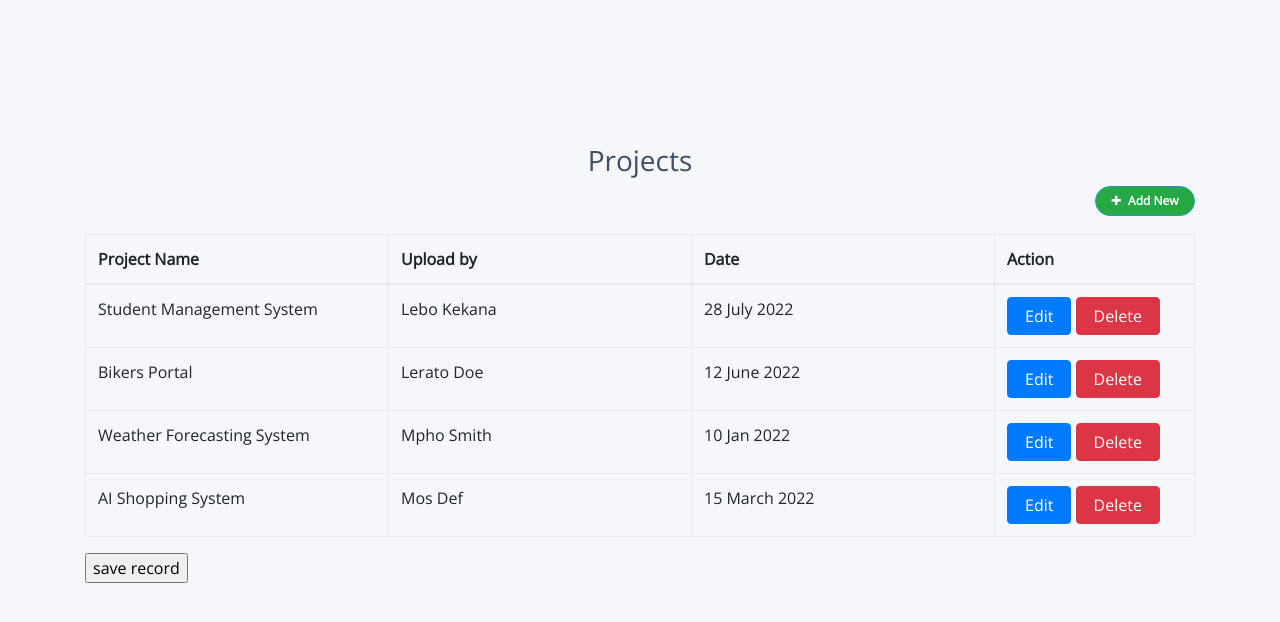
Repository: nkululeko-ndovela/Django_App
Page: Project/templates/index.html
An editor plug-in stored every save of this project. The page is shown before and after a run of saves, followed by the edit.
The browser window is 1280 px wide. The pictures show the whole page.
Some web fonts or font styles are not loaded; a fallback is used. The template is drawn by Django 3.2. The application's start-up code is not run. Other server files are loaded and not shown. The template is opened directly, without the code that normally fills it, so the values that code supplies are empty.

Above is the page before, as saved 2021-10-20 09:00:40.

### Project/templates/index.html
<!DOCTYPE html>
<html lang="en">
<head>
<meta charset="utf-8">
<meta name="viewport" content="width=device-width, initial-scale=1, shrink-to-fit=no">
<title>Projects</title>
<link rel="stylesheet" href="https://fonts.googleapis.com/css?family=Roboto|Varela+Round|Open+Sans">
<link rel="stylesheet" href="https://stackpath.bootstrapcdn.com/bootstrap/4.5.0/css/bootstrap.min.css">
<link rel="stylesheet" href="https://fonts.googleapis.com/icon?family=Material+Icons">
<link rel="stylesheet" href="https://maxcdn.bootstrapcdn.com/font-awesome/4.7.0/css/font-awesome.min.css">
<script src="https://code.jquery.com/jquery-3.5.1.min.js"></script>
<script src="https://cdn.jsdelivr.net/npm/popper.js@1.16.0/dist/umd/popper.min.js"></script>
<script src="https://stackpath.bootstrapcdn.com/bootstrap/4.5.0/js/bootstrap.min.js"></script>
<style>
body {
    color: #404E67;
    background: #F5F7FA;
    font-family: 'Open Sans', sans-serif;
}
h3 {
    text-align: center;
}

.table-title {
    padding-bottom: 10px;
    margin: 0 0 10px;
}
.table-title h2 {
    margin: 6px 0 0;
    font-size: 22px;
}
.table-title .add-new {
    float: right;
    height: 30px;
    font-weight: bold;
    font-size: 12px;
    text-shadow: none;
    min-width: 100px;
    border-radius: 50px;
    line-height: 13px;
}
.table-title .add-new i {
    margin-right: 4px;
}
table.table {
    table-layout: fixed;
}
table.table tr th, table.table tr td {
    border-color: #e9e9e9;
}
table.table th i {
    font-size: 13px;
    margin: 0 5px;
    cursor: pointer;
}
table.table th:last-child {
    width: 200px;
}
table.table td a {
    cursor: pointer;
    display: inline-block;
    margin: 0 5px;
    min-width: 16px;
}
table.table td a.add {
    color: #00ff73;
}
table.table td a.edit {
    color: #ffffff;
}
table.table td a.delete {
    color: #ffffff;
}
table.table td i {
    font-size: 16px;
}
table.table td a.add i {
    font-size: 24px;
    margin-right: -1px;
    position: relative;
    top: 3px;
}
table.table .form-control {
    height: 32px;
    line-height: 32px;
    box-shadow: none;
    border-radius: 2px;
}
table.table .form-control.error {
    border-color: #f50000;
}
table.table td .add {
    display: none;
}
</style>
<script>
$(document).ready(function(){
	$('[data-toggle="tooltip"]').tooltip();
	var actions = $("table td:last-child").html();

    $(".add-new").click(function(){
		$(this).attr("disabled", "disabled");
		var index = $("table tbody tr:last-child").index();
        var row = '<tr>' +
            '<td><input type="text" class="form-control" name="Project_Name" id="Project_Name"></td>' +
            '<td><input type="text" class="form-control" name="Upload_By" id="Upload_By"></td>' +
            '<td><input type="text" class="form-control" name="dated" id="dated"></td>' +
			'<td>' + actions + '</td>' +
        '</tr>';
    	$("table").append(row);
		$("table tbody tr").eq(index + 1).find(".add, .edit").toggle();
        $('[data-toggle="tooltip"]').tooltip();
    });
	$(document).on("click", ".add", function(){
		var empty = false;
		var input = $(this).parents("tr").find('input[type="text"]');
        input.each(function(){
			if(!$(this).val()){
				$(this).addClass("error");
				empty = true;
			} else{
                $(this).removeClass("error");
            }
		});
		$(this).parents("tr").find(".error").first().focus();
		if(!empty){
			input.each(function(){
				$(this).parent("td").html($(this).val());
			});
			$(this).parents("tr").find(".add, .edit").toggle();
			$(".add-new").removeAttr("disabled");
		}
    });

	$(document).on("click", ".edit", function(){
        $(this).parents("tr").find("td:not(:last-child)").each(function(){
			$(this).html('<input type="text" class="form-control" value="' + $(this).text() + '">');
		});
		$(this).parents("tr").find(".add, .edit").toggle();
		$(".add-new").attr("disabled", "disabled");
    });

	$(document).on("click", ".delete", function(){
        $(this).parents("tr").remove();
		$(".add-new").removeAttr("disabled");
    });
});
</script>
</head>
<body><br><br><br><br><br><br>
    <h3>Projects</h3>
<div class="container-lg">
    <div class="table-responsive">
            <div class="table-title">
                <div class="row">

                    <div class="col-sm-12">
                        <button type="button" class="btn btn-info add-new bg-success"><i class="fa fa-plus"></i> Add New</button>
                    </div><br><br>

            </div>

            <table class="table table-bordered">
                {% csrf_token %}
                <thead>
                    <tr>
                        <th>Project Name</th>
                        <th>Upload by</th>
                        <th>Date</th>
                        <th>Action</th>
                    </tr>
                </thead>
                <tbody>
                    <tr>
                        <td>Student Management System</td>
                        <td>Lebo Kekana</td>
                        <td>28 July 2022</td>
                        <td>
                            <a class="add" title="Add" data-toggle="tooltip">Add</a>
                            <button type="button" class="btn btn-primary"><a class="edit" title="Edit" data-toggle="tooltip">Edit</a></button>

                            <button type="button" class="btn btn-danger"><a class="delete" title="Delete" data-toggle="tooltip">Delete</a></button>
                        </td>
                    </tr>
                    <tr>
                        <td>Bikers Portal</td>
                        <td>Lerato Doe</td>
                        <td>12 June 2022</td>
                        <td>
                            <a class="add" title="Add" data-toggle="tooltip">Add</a>
                            <button type="button" class="btn btn-primary"><a class="edit" title="Edit" data-toggle="tooltip">Edit</a></button>

                            <button type="button" class="btn btn-danger"><a class="delete" title="Delete" data-toggle="tooltip">Delete</a></button>
                        </td>
                    </tr>
                    <tr>
                        <td>Weather Forecasting System</td>
                        <td>Mpho Smith</td>
                        <td>10 Jan 2022</td>
                        <td>
                            <a class="add" title="Add" data-toggle="tooltip">Add</a>
                            <button type="button" class="btn btn-primary"><a class="edit" title="Edit" data-toggle="tooltip">Edit</a></button>

                            <button type="button" class="btn btn-danger"><a class="delete" title="Delete" data-toggle="tooltip">Delete</a></button>
                        </td>
                    </tr>
                    <tr>
                        <td>AI Shopping System</td>
                        <td>Mos Def</td>
                        <td>15 March 2022</td>
                        <td>

                    <a class="add" title="Add" data-toggle="tooltip">Add</a>
                     <button type="button" class="btn btn-primary"><a class="edit" title="Edit" data-toggle="tooltip">Edit</a></button>
                      <button type="button" class="btn btn-danger"><a class="delete" title="Delete" data-toggle="tooltip">Delete</a></button>
                        </td>
                    </tr>
                </tbody>
            </table>
            <input type="submit" value = "save record"/>
        </div>
</div>
</div>
</body>
</html>

After the next 2 saves:
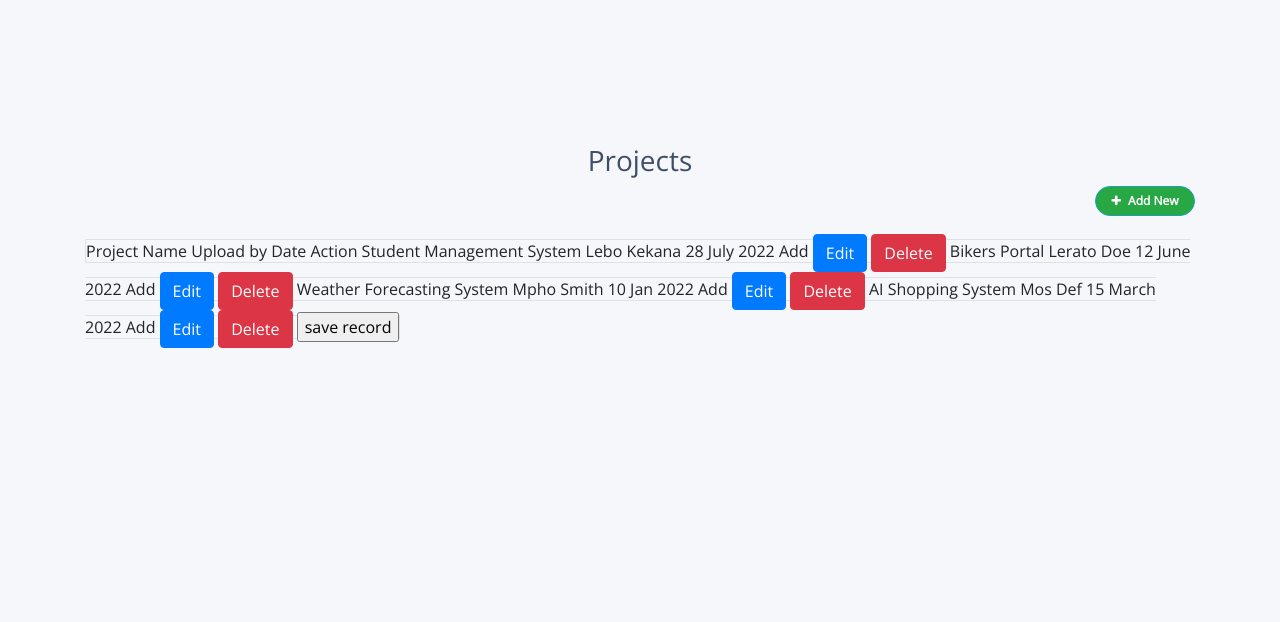
The 2 saves are shown as one change because they came seconds apart.
The last was saved 21 s later.
--- a/Project/templates/index.html
+++ b/Project/templates/index.html
@@ -159,7 +159,7 @@ $(document).ready(function(){
                     </div><br><br>
 
             </div>
-
+            <FOR
             <table class="table table-bordered">
                 {% csrf_token %}
                 <thead>
